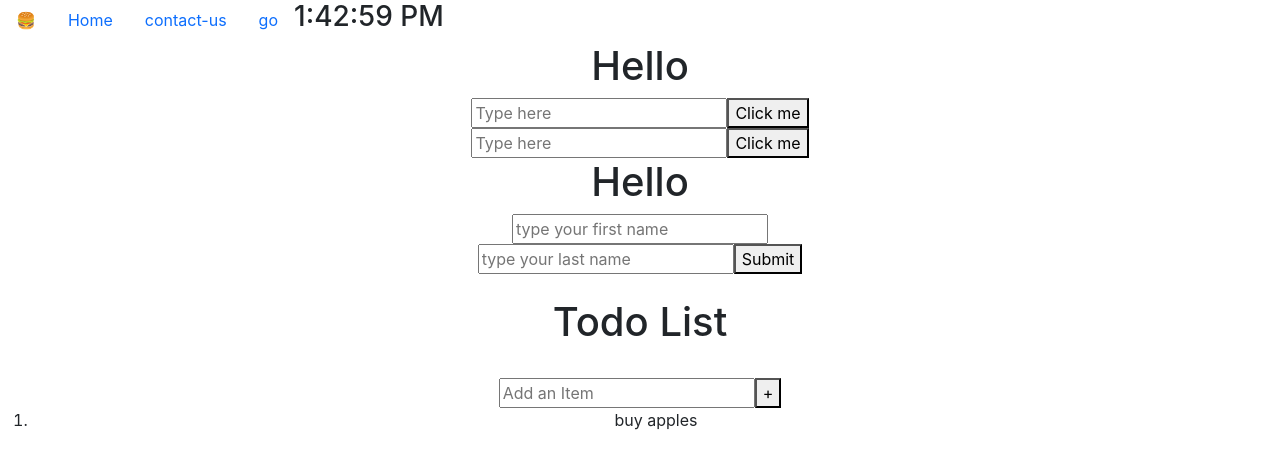
Repository: shah-zx/React-learning
Page: /about
These files come from the project's save history. The page is drawn as it stood at one moment and after the next save; the edit follows.
The browser window is 1280 px wide. The pictures show the whole page.
The project was rebuilt for these pictures with package versions that can differ from the ones it lists, and the page was loaded fresh each time. Also part of the build but not shown: src/components/Greet.js, src/components/Welcome.js, src/components/Swagat.js, src/components/Namaste.js, src/components/Hello.js, src/components/ayiye.js, src/components/Message.js, src/components/Thought.js and 47 more. Imported but missing from the stored project, and not drawn on this page: src/components/Indexaskeyantipattern.

Above is the page before, as saved 2021-11-12 22:23:47.

After the next save:
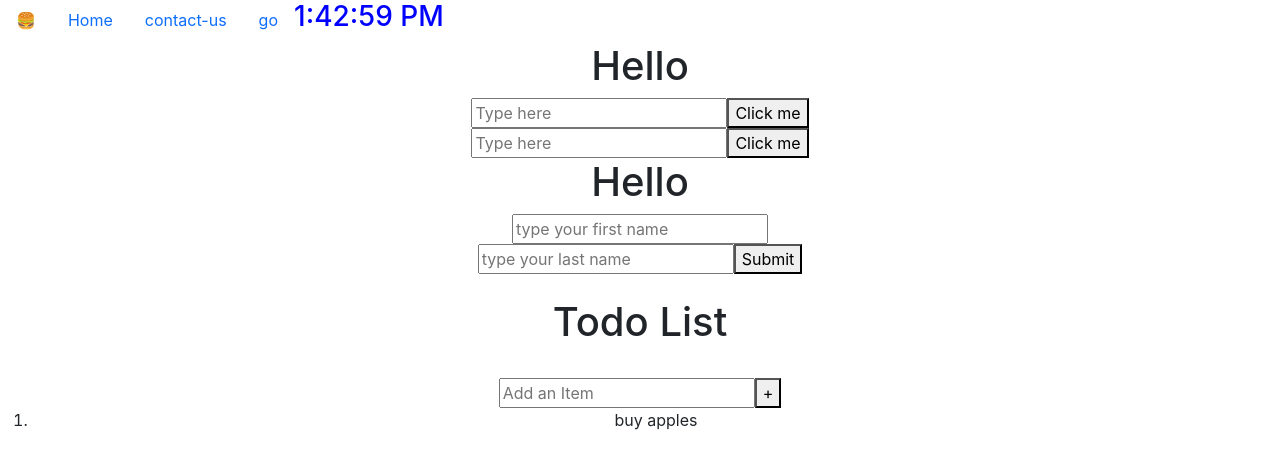
Saved 2 min 47 s later.
--- a/src/practice_components/Dclock.jsx
+++ b/src/practice_components/Dclock.jsx
@@ -15,7 +15,7 @@ function Dclock() {
 
     return (
         <>
-            <h3>{ctime}</h3>
+            <h3 style={{color : "blue"}}>{ctime}</h3>
         </>
     )
 }
